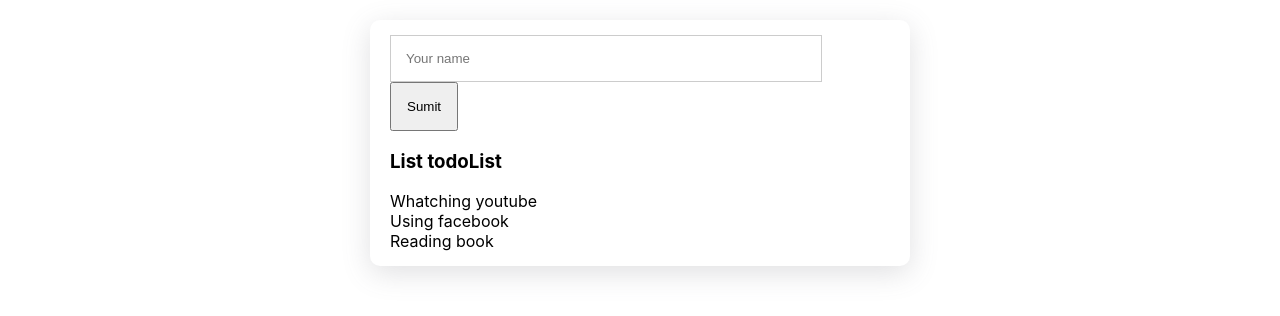
Repository: hoang0508/ReactJsHoiDanIT
Page: /weather
An editor plug-in stored every save of this project. The page is shown before and after the next save, followed by the edit.
The browser window is 1280 px wide. The pictures show the whole page.
The project was rebuilt for these pictures with package versions that can differ from the ones it lists, and the page was loaded fresh each time. Also part of the build but not shown: src/App.css.

Above is the page before, as saved 2022-02-04 16:18:32.

### src/App.js
// import logo from "./logo.svg";
import "./App.css";
import TodoList from "./components/TodoApp/TodoList";

const App = () => {
  return <TodoList />;
};

export default App;

### src/components/TodoApp/TodoList.js
import React, { useState } from "react";
import "./TodoList.scss";
const TodoList = () => {
  const [nameTodo, setNameTodo] = useState("");
  const [listTodo, setListTodo] = useState([
    {
      id: 1,
      name: "Whatching youtube",
    },
    {
      id: 2,
      name: "Using facebook",
    },
    {
      id: 3,
      name: "Reading book",
    },
  ]);
  console.log(">> check data:", listTodo);
  const handleChangeTodo = (e) => {
    setNameTodo(e.target.value);
  };
  const handleClickTodo = (e) => {
    let todoItem = {
      id: Math.floor(Math.random() * 1000),
      name: nameTodo,
    };
    setListTodo([...listTodo, todoItem]);
  };
  return (
    <>
      <div className="todo">
        <form>
          <input
            className="todo-input"
            type="text"
            placeholder="Your name"
            // value={nameTodo}
            onChange={(e) => handleChangeTodo(e)}
          />
          <button
            className="todo-btn"
            type="button"
            onClick={(e) => handleClickTodo(e)}
          >
            Sumit
          </button>
        </form>
        <div>
          <h3 className="todo-list">List todoList</h3>
          {listTodo &&
            listTodo.length > 0 &&
            listTodo.map((item, index) => (
              <div key={item.id} className="todo-item">
                <div className="todo-name">{item.name}</div>
              </div>
            ))}
        </div>
      </div>
    </>
  );
};

// class TodoList extends React.Component {
//   // Khai báo state
//   state = {
//     name: "Hoang",
//   };
//   render() {
//     return (
//       <>
//         <input
//           placeholder="Your name"
//           onChange={(e) => this.setState({ name: e.target.value })}
//         />
//         <div>Hello {this.state.name}</div>
//       </>
//     );
//   }
// }

export default TodoList;

### src/components/TodoApp/TodoList.scss
.todo {
  max-width: 500px;
  width: 100%;
  margin: 20px auto;
  padding: 15px 20px;
  background-color: #fff;
  box-shadow: rgba(100, 100, 111, 0.2) 0px 7px 29px 0px;
  border-radius: 10px;
  overflow: hidden;
  &-input {
    max-width: 400px;
    width: 100%;
    border: 1px solid #ccc;
    padding: 15px;
  }
  &-btn {
    padding: 15px;
  }
}

Loaded but not shown: public/index.html (common file); src/index.js (common file); src/index.css (common file); src/reportWebVitals.js (common file)

After the next save:
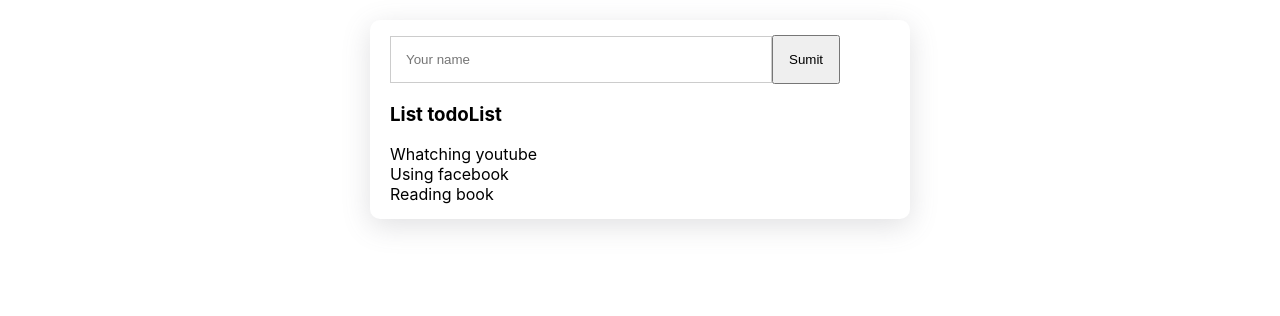
Saved 12 s later.
--- a/src/components/TodoApp/TodoList.scss
+++ b/src/components/TodoApp/TodoList.scss
@@ -8,7 +8,7 @@
   border-radius: 10px;
   overflow: hidden;
   &-input {
-    max-width: 400px;
+    max-width: 350px;
     width: 100%;
     border: 1px solid #ccc;
     padding: 15px;
